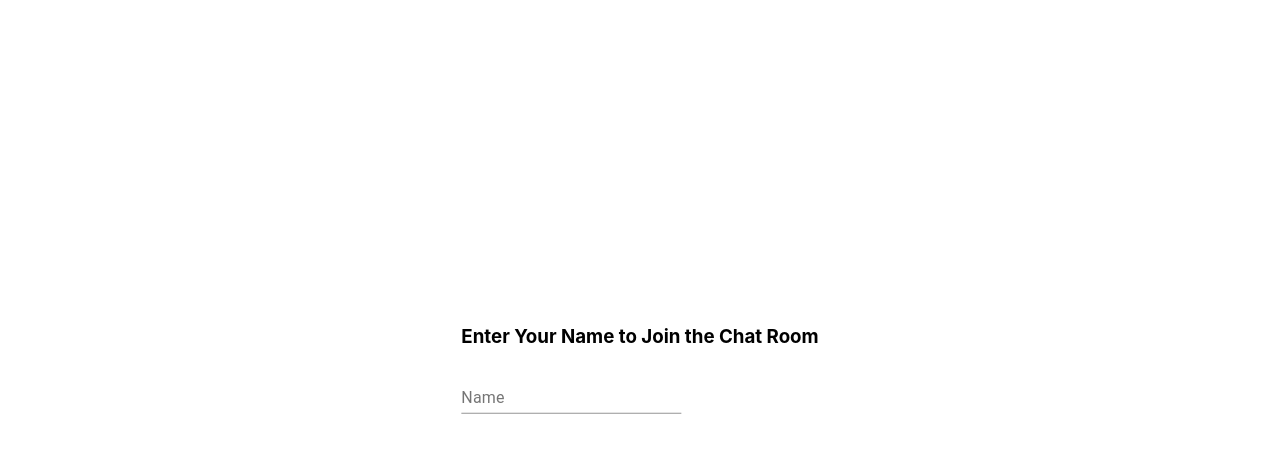
Repository: BarclayRkts/ChatApp
Page: / (app in client/)
These files come from the project's save history. The page is drawn as it stood at one moment and after a run of saves; the edit follows.
The browser window is 1280 px wide. The pictures show the whole page.
The project was rebuilt for these pictures with package versions that can differ from the ones it lists, and the page was loaded fresh each time.

Above is the page before, as saved 2021-05-02 14:35:17.

### client/src/App.js
import logo from './logo.svg';
import './App.css';
import LandingPage from './components/LandingPage';

function App() {
  return (
    <LandingPage/>
  );
}

export default App;

### client/src/components/LandingPage.js
import React, { useState } from 'react';
import { TextField } from '@material-ui/core';
import "./LandingPage.css";

export default function LandingPage() {
    const [ name, setName ] = useState("");

    return (
        <form className="textFieldBox">
        <h3>Enter Your Name to Join the Chat Room</h3>
        <TextField
            name="name"
            value={name}
            label="Name" />
        </form>
    )
}

### client/src/components/LandingPage.css
.textFieldBox{
    position: fixed;
    left: 50%;
    top: 50%;
    transform: translate(-50%, -50%);
}

Loaded but not shown: client/public/index.html (common file); client/src/index.js (common file); client/src/index.css (common file); client/src/reportWebVitals.js (common file); client/src/App.css (no stored copy; drawn as an empty file)

After the next 4 saves:
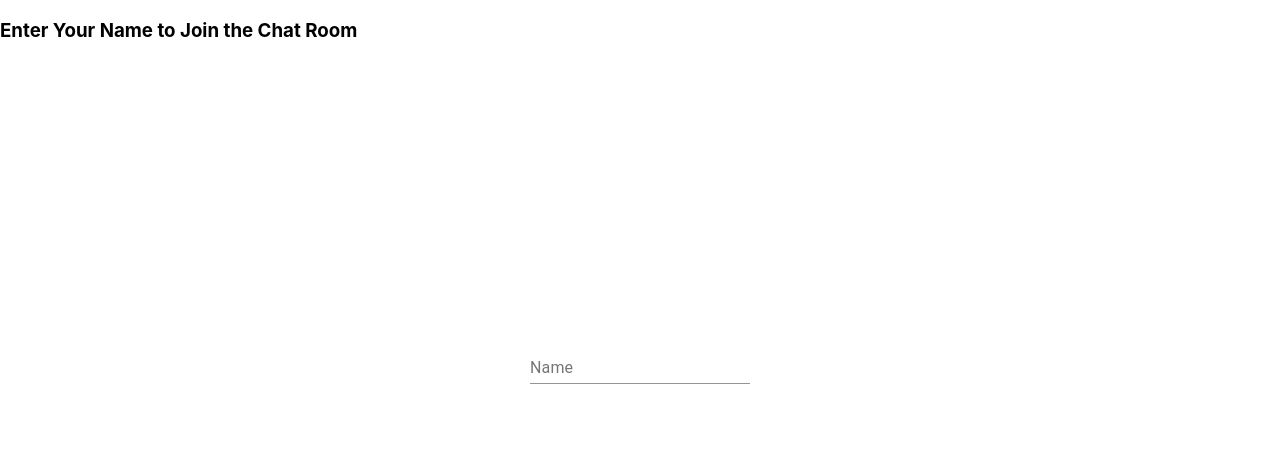
The 4 saves are shown as one change because 2 did not build or start and some came seconds apart.
The last was saved 21 s later.
--- a/client/src/components/LandingPage.js
+++ b/client/src/components/LandingPage.js
@@ -6,12 +6,15 @@ export default function LandingPage() {
     const [ name, setName ] = useState("");
 
     return (
+        <>
+        <h3>Enter Your Name to Join the Chat Room</h3>
         <form className="textFieldBox">
-        <h3>Enter Your Name to Join the Chat Room</h3>
+
         <TextField
             name="name"
             value={name}
             label="Name" />
         </form>
+        </>
     )
 }
